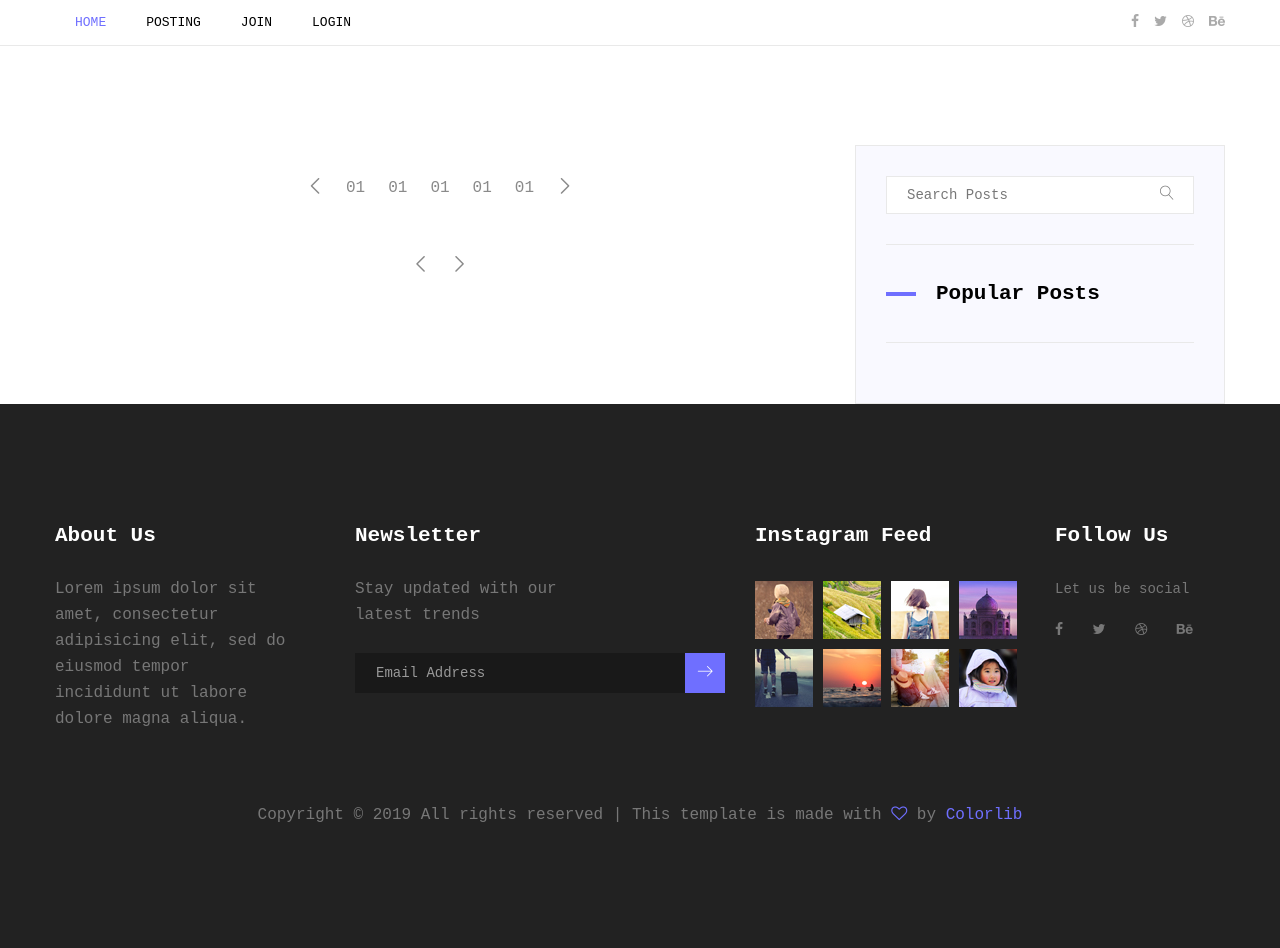
Repository: heonyKim/JSP
Page: http://localhost/blog/board?cmd=list&page=1
The author's editor kept a copy of each file at every save. The page is drawn from the files as they stood at one save, then again after a run of saves.
The browser window is 1280 px wide. The pictures show the whole page.
Some web fonts or font styles are not loaded; a fallback is used. The page is served by Tomcat 9. Other server files are loaded and not shown. Queries for data that is not in the repository find no rows.

Above is the page before, as saved 2019-11-01 00:10:02.

### blog_project/blog/WebContent/board/list.jsp
<%@ page language="java" contentType="text/html; charset=UTF-8" pageEncoding="UTF-8"%>
<%@ taglib prefix="c" uri="http://java.sun.com/jsp/jstl/core"%>


<!-- import nav.jsp -->
<%@ include file="/include/nav.jsp"%>

<!--================Blog Area =================-->
<section class="blog_area">
	<div class="container">
		<div class="row">
			<div class="col-lg-8">
				<div class="blog_left_sidebar">


					<!-- 페이징 하기 -->
					<nav class="blog-pagination justify-content-center d-flex">
						<ul class="pagination">
							<li class="page-item"><a href="/blog/board?cmd=list&page=${param.page-1}" class="page-link" aria-label="Previous"> <span aria-hidden="true"> <span class="lnr lnr-chevron-left"></span>
								</span>
							</a></li>

						<li class="page-item"><a href="#" class="page-link active">01</a></li>
						<li class="page-item"><a href="#" class="page-link">01</a></li>
						<li class="page-item"><a href="#" class="page-link">01</a></li>
						<li class="page-item"><a href="#" class="page-link">01</a></li>
						<li class="page-item"><a href="#" class="page-link">01</a></li>


							<li class="page-item"><a href="/blog/board?cmd=list&page=${param.page+1}" class="page-link" aria-label="Next"> <span aria-hidden="true"> <span class="lnr lnr-chevron-right"></span>
								</span>
							</a></li>
						</ul>
					</nav>
					<!-- 페이징 끝 -->

					<c:forEach var="board" items="${boards}">
						<!--시작-->
						<article class="blog_style1">
							<div class="blog_img">
								<img class="img-fluid" style="width: 100%; max-height: 340px;" src="${board.previewImg}" alt="">
							</div>
							<div class="blog_text">
								<div class="blog_text_inner">
									<div class="cat">
										<a class="cat_btn" href="#">${board.username }</a> <a href="#"><i class="fa fa-calendar" aria-hidden="true"></i> ${board.createDate }</a> <a href="#"><i class="fa fa-comments-o"
											aria-hidden="true"></i> ${board.readCount }</a>
									</div>
									<a href="#"><h4>${board.title}</h4></a>
									<div class="board_list_content">${board.content }</div>
									<a class="blog_btn" href="/blog/board?cmd=detail&id=${board.id}">Read More</a>
								</div>
							</div>
						</article>
						<!--끄읕 -->
					</c:forEach>


					<!-- 페이징 하기 -->
					<nav class="blog-pagination justify-content-center d-flex">
						<ul class="pagination">
							<li class="page-item"><a href="/blog/board?cmd=list&page=${param.page-1}" class="page-link" aria-label="Previous"> <span aria-hidden="true"> <span class="lnr lnr-chevron-left"></span>
								</span>
							</a></li>

							<li class="page-item"><a href="/blog/board?cmd=list&page=${param.page+1}" class="page-link" aria-label="Next"> <span aria-hidden="true"> <span class="lnr lnr-chevron-right"></span>
								</span>
							</a></li>
						</ul>
					</nav>
					<!-- 페이징 끝 -->

				</div>
			</div>
			<div class="col-lg-4">
				<div class="blog_right_sidebar">
					<aside class="single_sidebar_widget search_widget">
						<div class="input-group">
							<input type="text" class="form-control" placeholder="Search Posts"> <span class="input-group-btn">
								<button class="btn btn-default" type="button">
									<i class="lnr lnr-magnifier"></i>
								</button>
							</span>
						</div>
						<!-- /input-group -->
						<div class="br"></div>
					</aside>

					<aside class="single_sidebar_widget popular_post_widget">
						<h3 class="widget_title">Popular Posts</h3>


						<!-- 인기게시물 TOP3 -->
						<c:forEach var="board" items="${hotBoards}">

							<div class="media post_item">
								<img src="${board.previewImg}" width="100px" height="60px" alt="post">
								<div class="media-body">
									<a href="/blog/board?cmd=detail&id=${board.id}"><h3>${board.title }</h3></a>
									<p>${board.createDate}</p>
								</div>
							</div>

						</c:forEach>
						<!-- 인기게시물 TOP3 -->


						<div class="br"></div>
					</aside>
				</div>
			</div>
		</div>
	</div>
</section>


<!--================Blog Area =================-->

<!-- import footer.jsp -->
<%@ include file="/include/footer.jsp"%>

### blog_project/blog/WebContent/include/nav.jsp
<%@ page language="java" contentType="text/html; charset=UTF-8" pageEncoding="UTF-8"%>
<%@ taglib prefix="c" uri="http://java.sun.com/jsp/jstl/core"%>
<!doctype html>
<html lang="en">
<head>
<!-- Required meta tags -->
<meta charset="utf-8">
<meta name="viewport" content="width=device-width, initial-scale=1, shrink-to-fit=no">
<link rel="icon" href="/blog/img/favicon.png" type="image/png">
<title>Blog</title>
<!-- Bootstrap CSS -->
<link rel="stylesheet" href="/blog/css/bootstrap.css">
<link rel="stylesheet" href="/blog/vendors/linericon/style.css">
<link rel="stylesheet" href="/blog/css/font-awesome.min.css">
<link rel="stylesheet" href="/blog/vendors/owl-carousel/owl.carousel.min.css">
<link rel="stylesheet" href="/blog/vendors/lightbox/simpleLightbox.css">
<link rel="stylesheet" href="/blog/vendors/nice-select/css/nice-select.css">
<link rel="stylesheet" href="/blog/vendors/animate-css/animate.css">
<link rel="stylesheet" href="/blog/vendors/jquery-ui/jquery-ui.css">
<!-- main css -->
<link rel="stylesheet" href="/blog/css/style.css">
<link rel="stylesheet" href="/blog/css/responsive.css">
<style>
.board_list_content {
	display:block;
	display: -webkit-box;
	-webkit-box-orient: vertical;
	text-align: left;
	overflow: hidden;
	text-overflow: ellipsis;
	white-space: normal;
	line-height: 1.4;
	height : 2.6em;
	-webkit-line-clamp: 2;
	margin-bottom: 20px;
	word-break: break-all;
}
</style>
</head>
<body>

	<!--================Header Menu Area =================-->
	<header class="header_area">
		<div class="main_menu">
			<nav class="navbar navbar-expand-lg navbar-light">
				<div class="container box_1620">
					<!-- Brand and toggle get grouped for better mobile display -->
					<a class="navbar-brand logo_h" href="/blog/index.jsp"><img src="/blog/img/logo.png" alt=""></a>
					<button class="navbar-toggler" type="button" data-toggle="collapse" data-target="#navbarSupportedContent" aria-controls="navbarSupportedContent" aria-expanded="false"
						aria-label="Toggle navigation">
						<span class="icon-bar"></span> <span class="icon-bar"></span> <span class="icon-bar"></span>
					</button>
					<!-- Collect the nav links, forms, and other content for toggling -->
					<div class="collapse navbar-collapse offset" id="navbarSupportedContent">
						<ul class="nav navbar-nav menu_nav">
							<li class="nav-item active"><a class="nav-link" href="/blog/index.jsp">Home</a></li>
							<li class="nav-item"><a class="nav-link" href="/blog/board/write.jsp">Posting</a></li>




							<c:choose>
								<c:when test="${empty sessionScope.user}">
									<li class="nav-item"><a class="nav-link" href="/blog/user/join.jsp">Join</a></li>
									<li class="nav-item"><a class="nav-link" href="/blog/user/login.jsp">LOGIN</a></li>

								</c:when>
								<c:otherwise>
									<li class="nav-item"><a class="nav-link" href="/blog/user/update.jsp">PROFILE</a></li>
									<li class="nav-item"><a class="nav-link" href="/blog/user?cmd=logout">LOGOUT</a></li>
								</c:otherwise>
							</c:choose>



						</ul>
						<ul class="nav navbar-nav navbar-right header_social ml-auto">
							<li class="nav-item"><a href="#"><i class="fa fa-facebook"></i></a></li>
							<li class="nav-item"><a href="#"><i class="fa fa-twitter"></i></a></li>
							<li class="nav-item"><a href="#"><i class="fa fa-dribbble"></i></a></li>
							<li class="nav-item"><a href="#"><i class="fa fa-behance"></i></a></li>
						</ul>
					</div>
				</div>
			</nav>
		</div>

	</header>
	<!--================Header Menu Area =================-->

### blog_project/blog/WebContent/include/footer.jsp
<%@ page language="java" contentType="text/html; charset=UTF-8" pageEncoding="UTF-8"%>
<!DOCTYPE html>
<html>
<head>
<meta charset="UTF-8">
<title>Insert title here</title>
</head>
<body>
	<!--================ start footer Area  =================-->
	<footer class="footer-area p_120">
		<div class="container">
			<div class="row">
				<div class="col-lg-3  col-md-6 col-sm-6">
					<div class="single-footer-widget">
						<h6 class="footer_title">About Us</h6>
						<p>Lorem ipsum dolor sit amet, consectetur adipisicing elit, sed do eiusmod tempor incididunt ut labore dolore magna aliqua.</p>
					</div>
				</div>
				<div class="col-lg-4 col-md-6 col-sm-6">
					<div class="single-footer-widget">
						<h6 class="footer_title">Newsletter</h6>
						<p>Stay updated with our latest trends</p>
						<div id="mc_embed_signup">
							<form target="_blank" action="https://spondonit.us12.list-manage.com/subscribe/post?u=1462626880ade1ac87bd9c93a&amp;id=92a4423d01" method="get" class="subscribe_form relative">
								<div class="input-group d-flex flex-row">
									<input name="EMAIL" placeholder="Email Address" onfocus="this.placeholder = ''" onblur="this.placeholder = 'Email Address '" required="" type="email">
									<button class="btn sub-btn">
										<span class="lnr lnr-arrow-right"></span>
									</button>
								</div>
								<div class="mt-10 info"></div>
							</form>
						</div>
					</div>
				</div>
				<div class="col-lg-3 col-md-6 col-sm-6">
					<div class="single-footer-widget instafeed">
						<h6 class="footer_title">Instagram Feed</h6>
						<ul class="list instafeed d-flex flex-wrap">
							<li><img src="/blog/img/instagram/Image-01.jpg" alt=""></li>
							<li><img src="/blog/img/instagram/Image-02.jpg" alt=""></li>
							<li><img src="/blog/img/instagram/Image-03.jpg" alt=""></li>
							<li><img src="/blog/img/instagram/Image-04.jpg" alt=""></li>
							<li><img src="/blog/img/instagram/Image-05.jpg" alt=""></li>
							<li><img src="/blog/img/instagram/Image-06.jpg" alt=""></li>
							<li><img src="/blog/img/instagram/Image-07.jpg" alt=""></li>
							<li><img src="/blog/img/instagram/Image-08.jpg" alt=""></li>
						</ul>
					</div>
				</div>
				<div class="col-lg-2 col-md-6 col-sm-6">
					<div class="single-footer-widget f_social_wd">
						<h6 class="footer_title">Follow Us</h6>
						<p>Let us be social</p>
						<div class="f_social">
							<a href="#"><i class="fa fa-facebook"></i></a> <a href="#"><i class="fa fa-twitter"></i></a> <a href="#"><i class="fa fa-dribbble"></i></a> <a href="#"><i class="fa fa-behance"></i></a>
						</div>
					</div>
				</div>
			</div>
			<div class="row footer-bottom d-flex justify-content-between align-items-center">
				<p class="col-lg-12 footer-text text-center">
					<!-- Link back to Colorlib can't be removed. Template is licensed under CC BY 3.0. -->
					Copyright &copy;
					<script>
						document.write(new Date().getFullYear());
					</script>
					All rights reserved | This template is made with <i class="fa fa-heart-o" aria-hidden="true"></i> by <a href="https://colorlib.com" target="_blank">Colorlib</a>
					<!-- Link back to Colorlib can't be removed. Template is licensed under CC BY 3.0. -->
				</p>
			</div>
		</div>
	</footer>
	<!--================ End footer Area  =================-->




	<!-- Optional JavaScript -->
	<!-- jQuery first, then Popper.js, then Bootstrap JS -->
	<script src="/blog/js/jquery-3.2.1.min.js"></script>
	<script src="/blog/js/popper.js"></script>
	<script src="/blog/js/bootstrap.min.js"></script>
	<script src="/blog/js/stellar.js"></script>
	<script src="/blog/vendors/lightbox/simpleLightbox.min.js"></script>
	<script src="/blog/vendors/nice-select/js/jquery.nice-select.min.js"></script>
	<script src="/blog/vendors/isotope/imagesloaded.pkgd.min.js"></script>
	<script src="/blog/vendors/isotope/isotope-min.js"></script>
	<script src="/blog/vendors/owl-carousel/owl.carousel.min.js"></script>
	<script src="/blog/vendors/jquery-ui/jquery-ui.js"></script>
	<script src="/blog/js/jquery.ajaxchimp.min.js"></script>
	<script src="/blog/js/mail-script.js"></script>
	<script src="/blog/js/theme.js"></script>
	<script src=""></script>
	<script src=""></script>
</body>
</html>

### blog_project/blog/src/com/cos/controller/BoardController.java
package com.cos.controller;

import java.io.IOException;

import javax.servlet.ServletException;
import javax.servlet.annotation.WebServlet;
import javax.servlet.http.HttpServlet;
import javax.servlet.http.HttpServletRequest;
import javax.servlet.http.HttpServletResponse;

import com.cos.action.Action;
import com.cos.action.board.BoardFactory;
import com.cos.action.user.UserFactory;

/*
 *  http://localhost:8000/blog/board?cmd=list
 */

@WebServlet("/board")
public class BoardController extends HttpServlet {
	private static final long serialVersionUID = 1L;

    public BoardController() { super();}

	protected void doGet(HttpServletRequest request, HttpServletResponse response) throws ServletException, IOException {
		//1. 들어오는 모든 문자를 UTF-8로 인코딩
		request.setCharacterEncoding("UTF-8");
		//2. command 처리
		String cmd = request.getParameter("cmd");
		//3. command 검증
		if(cmd == null || cmd.equals("")) {
			cmd = "list";
		}
		//4. Factory 연결
		Action action = BoardFactory.getAction(cmd);
		//5. execute 실행
		if(action != null) {
			action.execute(request, response);
		}
	}


	protected void doPost(HttpServletRequest request, HttpServletResponse response) throws ServletException, IOException {
		doGet(request, response);
	}
}

### blog_project/blog/src/com/cos/action/board/BoardFactory.java
package com.cos.action.board;

import com.cos.action.Action;
import com.cos.action.BoardWriteAction;

public class BoardFactory {
	public static Action getAction(String cmd) {

		if(cmd.equals("write")){
			return new BoardWriteAction();
		}else if(cmd.equals("list")){
			return new BoardListAction();
		}else if(cmd.equals("detail")) {
			return new BoardDetailAction();
		}else if(cmd.equals("delete")) {
			return new BoardDeleteAction();
		}else if(cmd.equals("updateForm")) {
			return new BoardUpdateFormAction();
		}else if(cmd.equals("updateBoard")) {
			return new BoardUpdateBoard();
		}

		return null;
	}
}

### blog_project/blog/src/com/cos/action/Action.java
package com.cos.action;

import java.io.IOException;
import javax.servlet.ServletException;
import javax.servlet.http.HttpServletRequest;
import javax.servlet.http.HttpServletResponse;

public interface Action {
	public void execute(HttpServletRequest request, HttpServletResponse response) throws ServletException, IOException;
}

### blog_project/blog/src/com/cos/action/board/BoardListAction.java
package com.cos.action.board;

import java.io.IOException;
import java.util.ArrayList;
import java.util.List;

import javax.servlet.RequestDispatcher;
import javax.servlet.ServletException;
import javax.servlet.http.HttpServletRequest;
import javax.servlet.http.HttpServletResponse;

import com.cos.action.Action;
import com.cos.dao.BoardDao;
import com.cos.model.Board;
import com.cos.util.Utils;

public class BoardListAction implements Action{

	private final static String TAG="BoardListAction : ";

	@Override
	public void execute(HttpServletRequest request, HttpServletResponse response) throws ServletException, IOException {

		if(request.getParameter("page")==null) return;

		int page = Integer.parseInt(request.getParameter("page"));


		//page<=0 혹은 page>maxNum 버튼 비활성화

		if(page <=0) {
			page = 1;
		}

		BoardDao bDao = new BoardDao();
		List<Board> boards = bDao.findAll(page);
		List<Board> hotBoards = bDao.findOrderByReadCountDesc();

		Utils.setPreviewImg(boards);		//이미지를 previewImg에 저장
		Utils.setPreviewContent(boards);	//이미지 태그 제거
		Utils.setPreviewImg(hotBoards);		//이미지를 prviewImg에 저장(추가)

		request.setAttribute("boards", boards);
		request.setAttribute("hotBoards", hotBoards);

		RequestDispatcher dis =request.getRequestDispatcher("/board/list.jsp");
		dis.forward(request, response);
	}

}

### blog_project/blog/src/com/cos/dao/DBConn.java
package com.cos.dao;

import java.sql.Connection;

import javax.naming.Context;
import javax.naming.InitialContext;
import javax.sql.DataSource;

public class DBConn {
	public static Connection getConnection() {


		try {
			Context initContext = new InitialContext();
			Context envContext  = (Context)initContext.lookup("java:/comp/env");
			DataSource ds = (DataSource)envContext.lookup("jdbc/TestDB");
			Connection conn = ds.getConnection();
			System.out.println("DB 연결성공");
			return conn;
		} catch (Exception e) {
			System.out.println("DB 연결실패");
			e.printStackTrace();
		}
		return null;

	}
}

### blog_project/blog/src/com/cos/util/DBClose.java
package com.cos.util;

import java.sql.Connection;
import java.sql.PreparedStatement;
import java.sql.ResultSet;
import java.sql.SQLException;

public class DBClose {

	/*
	 * DML(INSERT,UPDATE,DELETE) CLOSE
	 */
	public static void close(Connection conn, PreparedStatement pstmt) {
		try {
			conn.close();
			pstmt.close();
		} catch (SQLException e) {
			e.printStackTrace();
		}
	}



	/*
	 * DQL(SELECT) CLOSE
	 */
	public static void close(Connection conn, PreparedStatement pstmt, ResultSet rs) {
		try {
			conn.close();
			pstmt.close();
			rs.close();
		} catch (SQLException e) {
			e.printStackTrace();
		}
	}



}

### blog_project/blog/src/com/cos/util/Utils.java
package com.cos.util;

import java.util.List;

import org.jsoup.Jsoup;
import org.jsoup.nodes.Document;
import org.jsoup.nodes.Element;
import org.jsoup.select.Elements;
import org.junit.jupiter.api.Test;

import com.cos.model.Board;

public class Utils {

	// 미리보기 내용을 세팅하기
	public static void setPreviewContent(List<Board> boards) {

		for (Board board : boards) {

			Document doc = Jsoup.parse(board.getContent()); // 원하는 String을 HTML 형식으로 문서화
			Elements ets = doc.select("img");

			if (ets != null) {
				for (Element et : ets) {
					et.remove();
				}
			}
			board.setContent(doc.toString());
		}

	}

	// 미리보기 이미지 세팅하기

	public static void setPreviewImg(List<Board> boards) {

		for (Board board : boards) {

			Document doc = Jsoup.parse(board.getContent());

			Element uet = doc.selectFirst("a");
			Element et = doc.selectFirst("img");

			if (et != null) {

				String previewImg = et.attr("src"); // https://~

				board.setPreviewImg(previewImg);

			} else if (uet != null) {
				String href = uet.attr("href");
				if (href.contains("https://www.youtube.com/watch")) {
					String video[] = href.split("=");
					String v = video[1];
					String youtubeThumbnail = "https://img.youtube.com/vi/" + v + "/hqdefault.jpg";
					board.setPreviewImg(youtubeThumbnail);
				}

			} else {
				board.setPreviewImg("/blog/img/home-blog/blog-1.jpg");
			}
		}

	}

	// 유튜브 미리보기화면 세팅하기
	public static void setPreviewYoutube(Board board) {

		Document doc = Jsoup.parse(board.getContent());
//		System.out.println(doc);
		Elements ets = doc.select("a");

		if (ets != null) {
			for (Element et : ets) {
				String href = et.attr("href");
//				System.out.println("href : " + href);
				if (href.contains("https://www.youtube.com/watch") && !et.text().equals("")) {
					String video[] = href.split("=");
					String v = video[1];
//					System.out.println(v);

					String iframe = "<br><iframe src = 'https://www.youtube.com/embed/" + v + "' "
							+ "width='600px' height='350px' allowfullscreen>";
//					System.out.println(iframe);

					et.after(iframe);
//					System.out.println(et.after(doc));

				}
				board.setContent(doc.toString());// board 완성
			}
		} // end of if

	}// end of function

	@Test
	public void previewYoutubeTest() {

		String content = "<a href = 'https://www.youtube.com/watch?v=ysAnT3QBLZE'>https://www.youtube.com/watch?v=ysAnT3QBLZE</a>";
		Document doc = Jsoup.parse(content);
//		System.out.println(doc);
		Elements ets = doc.select("a");

		if (ets != null) {
			for (Element et : ets) {
				String href = et.attr("href");

				System.out.println(et.text());

//				System.out.println("href : " + href);
				if (href.contains("https://" + "www.youtube.com/watch")) {
					String video[] = href.split("=");
					String v = video[1];
//					System.out.println(v);
					String iframe = "<br><iframe src = 'https://www.youtube.com/embed/" + v + "' "
							+ "width='600px' height='350px' allowfullscreen>";
//					System.out.println(iframe);
					et.after(iframe);
					System.out.println("");
					System.out.println(doc.toString());
				}

			}
		} // end of if

	}// end of function

}

Loaded but not shown: blog_project/blog/WebContent/css/bootstrap.css (library); blog_project/blog/WebContent/vendors/linericon/style.css (library); blog_project/blog/WebContent/css/font-awesome.min.css (library); blog_project/blog/WebContent/vendors/owl-carousel/owl.carousel.min.css (common file); blog_project/blog/WebContent/vendors/lightbox/simpleLightbox.css (library); blog_project/blog/WebContent/vendors/nice-select/css/nice-select.css (library); blog_project/blog/WebContent/vendors/animate-css/animate.css (library); blog_project/blog/WebContent/vendors/jquery-ui/jquery-ui.css (library); blog_project/blog/WebContent/js/jquery-3.2.1.min.js (library); blog_project/blog/WebContent/js/popper.js (library); blog_project/blog/WebContent/js/bootstrap.min.js (library); blog_project/blog/WebContent/js/stellar.js (library); blog_project/blog/WebContent/vendors/lightbox/simpleLightbox.min.js (library); blog_project/blog/WebContent/vendors/nice-select/js/jquery.nice-select.min.js (common file); blog_project/blog/WebContent/vendors/isotope/imagesloaded.pkgd.min.js (library); blog_project/blog/WebContent/vendors/isotope/isotope-min.js (library); blog_project/blog/WebContent/vendors/owl-carousel/owl.carousel.min.js (library); blog_project/blog/WebContent/vendors/jquery-ui/jquery-ui.js (library); blog_project/blog/WebContent/js/jquery.ajaxchimp.min.js (library); blog_project/blog/WebContent/js/theme.js (283 lines, source omitted); blog_project/blog/WebContent/js/mail-script.js (31 lines, source omitted); blog_project/blog/WebContent/css/style.css (3905 lines, source omitted); blog_project/blog/WebContent/css/responsive.css (373 lines, source omitted); blog_project/blog/src/com/cos/dao/BoardDao.java (222 lines, source omitted)

After the next 2 saves:
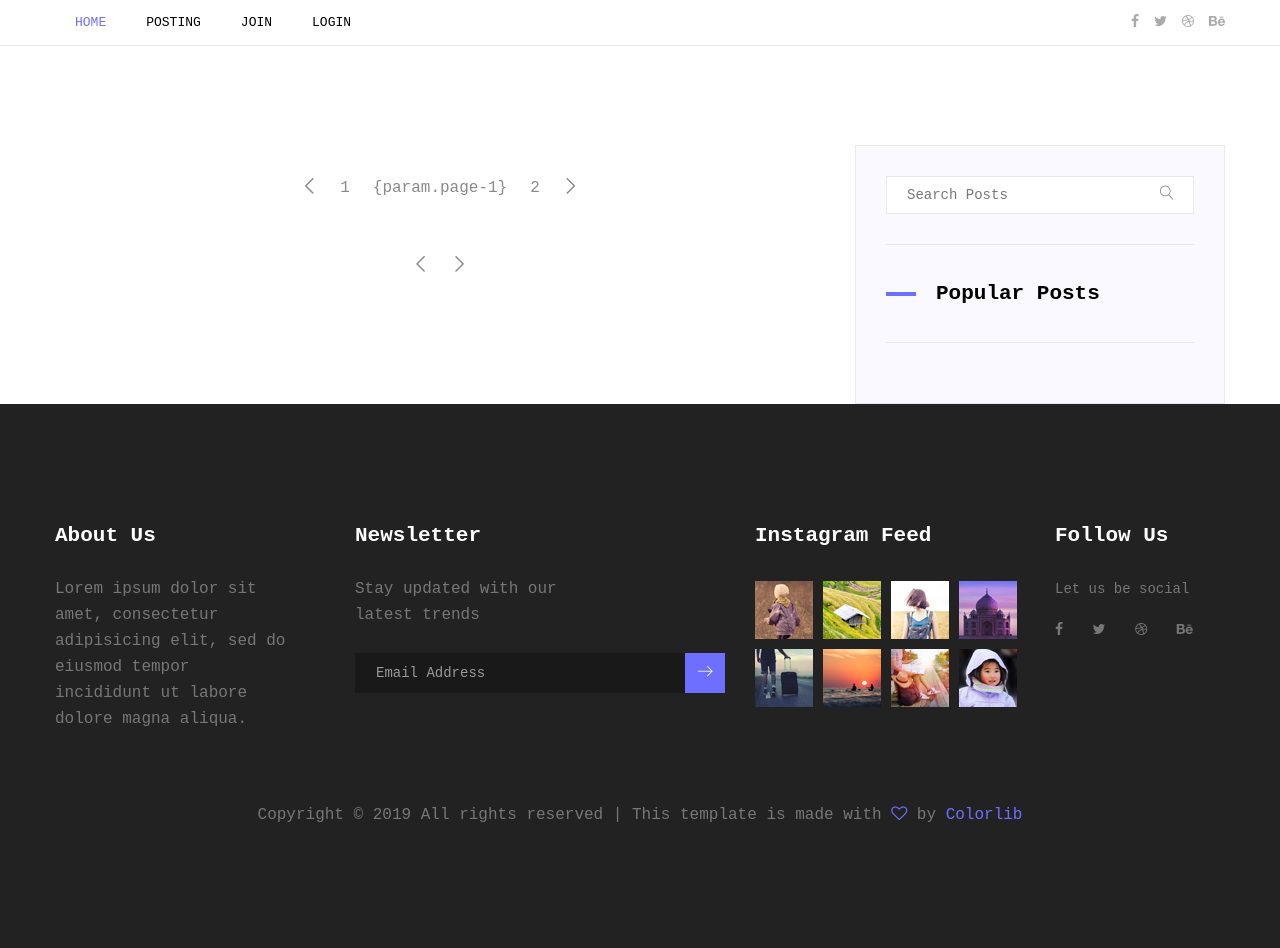
The 2 saves are shown as one change because they came seconds apart.
The last was saved 12 min 26 s later.
--- a/blog_project/blog/WebContent/board/list.jsp
+++ b/blog_project/blog/WebContent/board/list.jsp
@@ -20,11 +20,10 @@
 								</span>
 							</a></li>
 
-						<li class="page-item"><a href="#" class="page-link active">01</a></li>
-						<li class="page-item"><a href="#" class="page-link">01</a></li>
-						<li class="page-item"><a href="#" class="page-link">01</a></li>
-						<li class="page-item"><a href="#" class="page-link">01</a></li>
-						<li class="page-item"><a href="#" class="page-link">01</a></li>
+						<li class="page-item"><a href="#" class="page-link">${param.page}</a></li>
+						<li class="page-item"><a href="#" class="page-link active">{param.page-1}</a></li>
+						<li class="page-item"><a href="#" class="page-link">${param.page+1}</a></li>
+
 
 
 							<li class="page-item"><a href="/blog/board?cmd=list&page=${param.page+1}" class="page-link" aria-label="Next"> <span aria-hidden="true"> <span class="lnr lnr-chevron-right"></span>
